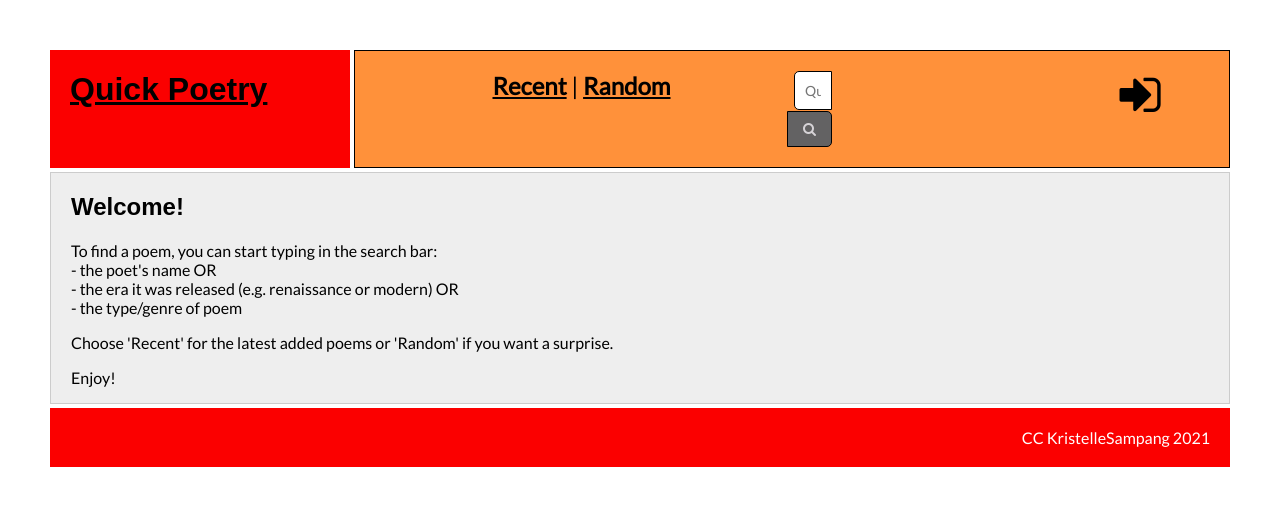
Repository: sampangk71280/Poetry_DB
Page: http://localhost/index.php?page=home
These files come from the project's save history. The page is drawn as it stood at one moment and after the next save; the edit follows.
The browser window is 1280 px wide. The pictures show the whole page.
Some web fonts or font styles are not loaded; a fallback is used. The page is run by PHP 8.4 with error messages shown; the project is at /var/www/html/.

Above is the page before, as saved 2021-12-07 13:45:10.

### index.php
<!DOCTYPE HTML>

<?php

session_start();
include("config.php");
include("functions.php");

// connect to database
$dbconnect=mysqli_connect(DB_HOST,DB_USERNAME,DB_PASSWORD, DB_NAME);

if(mysqli_connect_errno()){
    echo "Connection failed:".mysqli_connect_error();
    exit;
}

?>


<html lang="en">

<?php include("content/head.php"); ?>

<body>

    <div class="wrapper">

            <?php include("content/heading_navigation.php") ?>

        <div class="box main">

                <?php

                if(!isset($_REQUEST['page'])) {
                    include("content/home.php");
                } // end of if includes home page

                else {
                    // prevents users from navigating through file system
                    $page=preg_replace('/[^0-9a-zA-Z]-/', '', $_REQUEST['page']);
                    include("content/$page.php");

                } // end of else that includes requested content

                ?>

        </div>    <!-- / main -->

        <?php include("content/footer.php"); ?>

    </div>  <!-- / wrapper  -->

</body>

### config.php
<?php

ini_set('display_errors', 'On');  // change to 'Off' when live

define ("DB_NAME","sampangk71280_L3_Poetry");
define ("DB_USERNAME","_sampangk71280");
define ("DB_PASSWORD","QANbMDYSVME7gpyR");
define ("DB_HOST","localhost");

?>

### functions.php
<?php

// function to 'clean' data
function test_input($data) {
	$data = trim($data);
	$data = htmlspecialchars($data); //  needed for correct special character rendering
	return $data;
}


// entity is subject, country, occupation etc
function autocomplete_list($dbconnect, $item_sql, $entity)
{
// Get entity / topic list from database
$all_items_query = mysqli_query($dbconnect, $item_sql);
$all_items_rs = mysqli_fetch_assoc($all_items_query);

// Make item arrays for autocomplete functionality...
while($row=mysqli_fetch_array($all_items_query))
{
  $item=$row[$entity];
  $items[] = $item;
}

$all_items=json_encode($items);
return $all_items;

}


// function to get subject, country & career ID's
function get_ID($dbconnect, $table_name, $column_ID, $column_name, $entity)
{

    if($entity=="")
    {
        return 0;
    }


    // get entity ID if it exists
    $findid_sql = "SELECT * FROM $table_name WHERE $column_name LIKE '$entity'";
    $findid_query = mysqli_query($dbconnect, $findid_sql);
    $findid_rs = mysqli_fetch_assoc($findid_query);
    $findid_count=mysqli_num_rows($findid_query);

    // If subject ID does exists, return it...
    if($findid_count > 0) {
        $find_ID = $findid_rs[$column_ID];
        return $find_ID;
    }   // end if (entity existed, ID returned)


    else {
        $add_entity_sql = "INSERT INTO $table_name ($column_ID, $column_name) VALUES (NULL, '$entity');";
        $add_entity_query = mysqli_query($dbconnect, $add_entity_sql);

    $new_id_sql = "SELECT * FROM $table_name WHERE $column_name LIKE '$entity'";
    $new_id_query = mysqli_query($dbconnect, $new_id_sql);
    $new_id_rs = mysqli_fetch_assoc($new_id_query);

    $new_id = $new_id_rs[$column_ID];

    return $new_id;

    }   // end else (entity added to table and ID returned)

} // end get ID function


function get_rs($dbconnect, $sql)
{
    $find_sql = $sql;
    $find_query = mysqli_query($dbconnect, $find_sql);
    $find_rs = mysqli_fetch_assoc($find_query);

    return $find_rs;
}


function country_job($dbconnect, $entity_1, $entity_2, $label_sg, $label_pl, $table, $entity_ID, $entity_name)
{

    $all_entities = array($entity_1, $entity_2);
    // loop through items and look up their values...

    // Counts # of countries that without ID zero...
    $num_entities = count(array_filter($all_entities));


    if ($num_entities == 1)
    {
    echo "<b>".$label_sg."</b>: ";
    }

    else { echo "<b>".$label_pl."</b>: ";}

    foreach ($all_entities as $entity) {

    $entity_sql = "SELECT * FROM $table WHERE $entity_ID = $entity";
    $entity_query = mysqli_query($dbconnect, $entity_sql);
    $entity_rs = mysqli_fetch_assoc($entity_query);

    if ($entity != 0) {

    ?>


    <span class="author_entity tag"><?php echo $entity_rs[$entity_name]; ?> </span> &nbsp;

    <?php

    } // end entity if

    // break reference with the last element as per the manual
    unset($entity);

    }

}

?>

### content/head.php
<head>
    <meta charset="UTF-8">
    <meta name="description" content="Site featuring poetry from famous authors">
    <meta name="keywords" content="quotes, famous, author, writer, sportsman,
    political activist, sayings, poetry">
    <meta name="author" content="Kristelle Sampang">
    <meta name="viewport" content="width=device-width, initial-scale=1.0">

    <title>Quick Poetry</title>

    <!-- Edit the link below / replace with your chosen google font -->
    <link href="https://fonts.googleapis.com/css?family=Lato%7cUbuntu" rel="stylesheet">

    <!-- Edit the name of your style sheet - 'foo' is not a valid name!! -->
    <link rel="stylesheet" href="theme/quick_poetry.css">
        <link rel="stylesheet" href="theme/font-awesome.min.css">

</head>

### content/heading_navigation.php

        <div class="box banner">


            <h1><a class="heading" href = "index.php?page=home">Quick Poetry</a></h1>
        </div>    <!-- / banner -->

        <!-- Navigation goes here.  Edit BOTH the file name and the link name -->
        <div class="box nav">

            <div class="linkwrapper">
                <div class="commonsearches">
                    <a href="index.php?page=recent">Recent</a> |
                    <a href="index.php?page=random">Random</a>
                </div>  <!-- / common searches -->

                 <div class="topsearch">

                    <!-- Quick Search -->
                    <form method="post" action="index.php?page=quick_search"
                    enctype="multipart/form-data">

                        <input class="search quicksearch" type="text"
                        name="quick_search" width="40" value="" required placeholder="Quick Search..." />

                        <input class="submit" type="submit" name="find_quick" value="&#xf002;" />

                    </form>     <!-- / quick search -->

                </div>  <!-- / top search -->

                <div class="topadmin">

                <?php

                    if (isset($_SESSION['admin'])) {

                    ?>

                    <a href="index.php?page=../admin/new_poem" title="Add a quote"><i class="fa fa-plus fa-2x"></i></a>

                    &nbsp; &nbsp;

                    <a href="index.php?page=../admin/logout" title="Log Out">
                        <i class="fa fa-sign-out fa-2x"></i>
                    </a>

                    <?php
                    } // end user if logged in if

                    else {
                        ?>

                    <a href="index.php?page=../admin/login" title="Log In">
                        <i class="fa fa-sign-in fa-2x"></i>
                    </a>

                    <?php // end of login else
                    }

                    ?>


                </div>  <!-- / top admin -->

            </div>  <!--- / link wrapper -->

        </div>    <!-- / nav -->

### content/home.php
<h2>Welcome!</h2>

            <p>
                To find a poem, you can start typing in the search bar: <br/>
                - the poet's name OR <br/>
                - the era it was released (e.g. renaissance or modern) OR <br/>
                - the type/genre of poem
            </p>

            <p>
                Choose 'Recent' for the latest added poems or 'Random' if you want a surprise.
            </p>

            <p>
                Enjoy!
            </p>

### content/footer.php
<div class="box footer">
            CC KristelleSampang 2021
        </div>    <!-- / footer -->

### theme/quick_poetry.css
body {
    margin: auto;
    padding: 50px;
    color: #000;
    font-family: 'Lato', sans-serif;
}

/* Box (for corners & padding) */
.box {
    padding-left: 20px;
    /* border-radius: 10px; */
    background-color: #ddd;
}


/* Set up grids... specifics */

/*  #### Grid for Main page #### */


.wrapper {
    display: grid;
    grid-template-columns: 300px 1fr;
    grid-template-rows: auto;
    grid-template-areas:
        "banner nav"
        "main main"
        "footer footer";
        grid-gap: 4px;

}
@media only screen and (max-width: 1100px){
    .wrapper{
    grid-template-columns: auto;
    grid-template-rows: auto;
    grid-template-areas:
        "banner"
        "nav"
        "main"
        "footer";
    }
}
.banner {
    grid-area: banner;
}

.nav {
    grid-area: nav;
    background-color: #ff913a;  /* orange  */
    font-size: 150%;
    padding: 20px;
    vertical-align: middle;
    border: solid 1px;
}

.main {
    grid-area: main;
    background-color: #eee;  /* very pale grey */
    border: solid 1px #CCC;
}


.footer {
    grid-area: footer;
    text-align: right;
    padding: 20px;
}

/*  #### Grid for Navigation area page #### */

.linkwrapper {
    display: grid;
    grid-template-columns: 3fr 2fr 1fr;
    grid-template-areas:
        "commonsearches topsearch topadmin";
    grid-gap: 4px;
}


.commonsearches {
    grid-area: commonsearches;
    text-align: center;
}

.topsearch {
    grid-area: topsearch;
    text-align: right;
    width: 40px;
}

.topadmin {
    grid-area: topadmin;
    text-align: center;
}

/* Make navigation responsive */

@media only screen and (max-width: 800px){
    .linkwrapper{
        grid-template-columns: auto;
        grid-template-rows: auto;
        grid-template-areas:
            "commonsearches commonsearches"
            "topsearch topadmim";
    }

    .commonsearches{
        text-align: left;
    }

    .topsearch{
        text-align: left;
    }

    .topadmin {
        text-align: right;
    }
}

/* ### Additional div styling (put colours / corners here) */


/* Area colouring... */

/* logo, banner and footer background are the same */
.banner, .footer {
    background-color: #fb0000;  /* bold red */
}

/* Set font on dark areas to white */
.logo, .banner, .side, .footer {
    color: #fff;
}

/* #### Links Styling  #### */

/* Navigation Links */
a.topnav {font-weight: bold;}
a.topnav:link, a.topnav:visited {color: #007c72;} /*dark teal */
a.topnav:hover {color: #707a00; text-decoration: none;}


/* links in page */
a {font-weight: bold;}
a:link{color: #000;} /* white */
a:visited{color: rgb(73, 73, 73);} /* black */
a:hover{color: white;}

/* #### Headings / text styling #### */
h1, h2, h3, h4 {
    font-family: 'Ubuntu', sans-serif;
}

h5 {
    font-family: 'Ubuntu', sans-serif;
    font-weight: bold;
    font-size: 16px;
}

.sub_heading {
    font-family: 'Ubuntu', sans-serif;
    color: #593849; /* purple */
    font-weight: bold;
}

/* ### Form / Search  Styling #### */

form {
    width: 100%;
    float: left;
}

.search {
    background:#fff;
    width: 75%;
}

.submit::-moz-focus-inner {
    border: 0;
    position: relative;
}


.submit {
    font-family: FontAwesome, 'Helvetica Neue', Helvetica, Arial, sans-serif;
    position:relative;
    width: 45px;
    font-size: 14px;

    left:-5px;
    background-color: #636263;
    color:#d6d3d7;
    border: 1px solid #000;
    border-radius: 0 5px 5px 0;
    display: inline-block;
    padding: 10px;
}


input[type="submit"]:hover {
    background-color: #000;
}


input {
    font-size: 14px;
    padding: 10px;
    display: inline-block;
    border: 1px solid #000;
    box-sizing: border-box;
}


.quicksearch {
    border-radius: 5px 0 0 5px;
    display: inline-block;
    position: relative;
}

/* ### Results styling, includes 'tags' button ### */
.results{
    background-color:#D2D2D2;
    border: solid 1px #000;
    padding: 10px;

    margin-right: 20px;
    border-radius: 20px;
}

.tag{
    background-color: #ff913a ;  /* orange like heading*/
    padding: 5px;
    padding-left: 10px;
    padding-right: 10px;
    border: solid 1px #000;
    border-radius: 5px;
}
.authortag{
    background-color: #FFA660; /* orange */
    padding: 5px;
    padding-left: 10px;
    padding-right: 10px;
    border: solid 1px #000;
    border-radius: 5px;
}

.deletetag{
    background-color: #FFA660 ;
    padding: 5px;
    padding-left: 10px;
    padding-right: 10px;
    border: solid 1px #000;
    border-radius: 5px;
}

.deletetagno{
    background-color: #ff4646 ;
    padding: 5px;
    padding-left: 10px;
    padding-right: 10px;
    border: solid 1px #000;
    border-radius: 5px;
}

.about{
    background: #FFEC00; /* yellow */
    border: solid 1px #E9D800; /* yellow but slightly darker*/
    padding: 10px;
    border-radius: 10px;
    margin-right: 20px;
}

.error{
    background-color:  #ffcece;
    color: #721a1a;
    border-radius: 10px;
    padding: 10px;
    border: solid 1px #721a1a;

}

/* editing tools formatting */
.edit-tools {
    text-align: right;
    padding-right: 20px;
}

/* Form Formatting css */

/* make height of drop downs slightly larger */
select {
    height: 40px;
    padding: 5px;
}

/* controls input field on autocomplete boxes (pink for error,
white for OK) */

input.tag-error[type=text]{
    background-color: #ff9e9e;
}

input.tag-ok[type=text]{
    background-color: #fff;

}

/* field backgrounds */
.form-ok{
    background-color: #fff;

}

.form-error{
    background-color: #ff9e9e;
}

/* error messages */
.no-error {
    display: none;
}

.error-text{
    color: darkred;
}

textarea,
input[type=text] {
    font-family: 'Lato', sans-serif;
    padding: 10px;
    border-width: 1px;
    margin: auto;
    width: 95%;
}

.add-field {
    width: 95%;
}

textarea {
    width: 90%;
    max-width: 700px;
}

Loaded but not shown: theme/font-awesome.min.css (library)

After the next save:
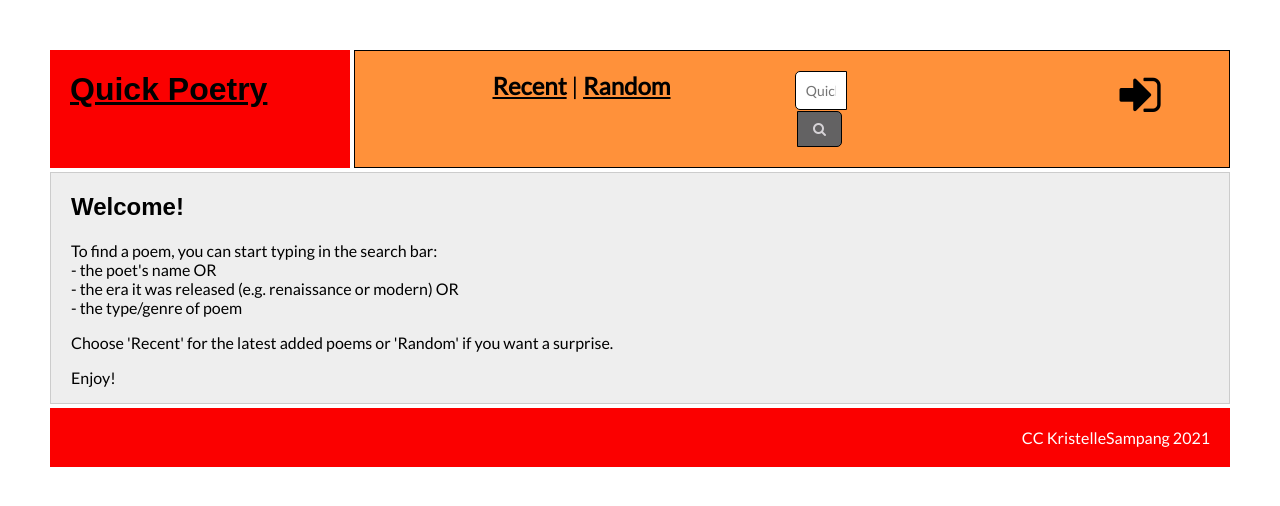
Saved 19 s later.
--- a/theme/quick_poetry.css
+++ b/theme/quick_poetry.css
@@ -85,7 +85,7 @@ body {
 .topsearch {
     grid-area: topsearch;
     text-align: right;
-    width: 40px;
+    width: 20%;
 }
 
 .topadmin {
